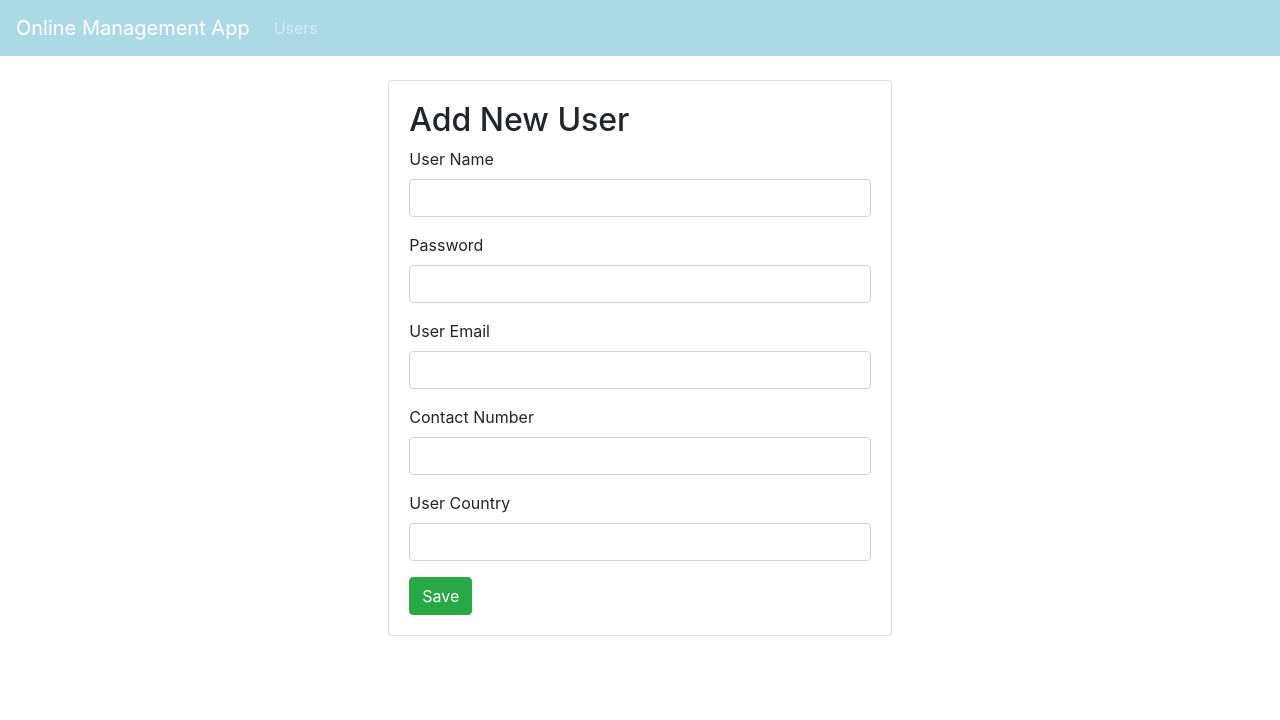
Repository: chamoddevinda0001/myfirstServelet
Page: http://localhost/OnlineEventManagementSystem/new
An editor plug-in stored every save of this project. The page is shown before and after the next save, followed by the edit.
The browser window is 1280 px wide. The pictures show the whole page.
The page is served by Tomcat 9.

Above is the page before, as saved 2020-10-15 15:25:10.

After the next save:
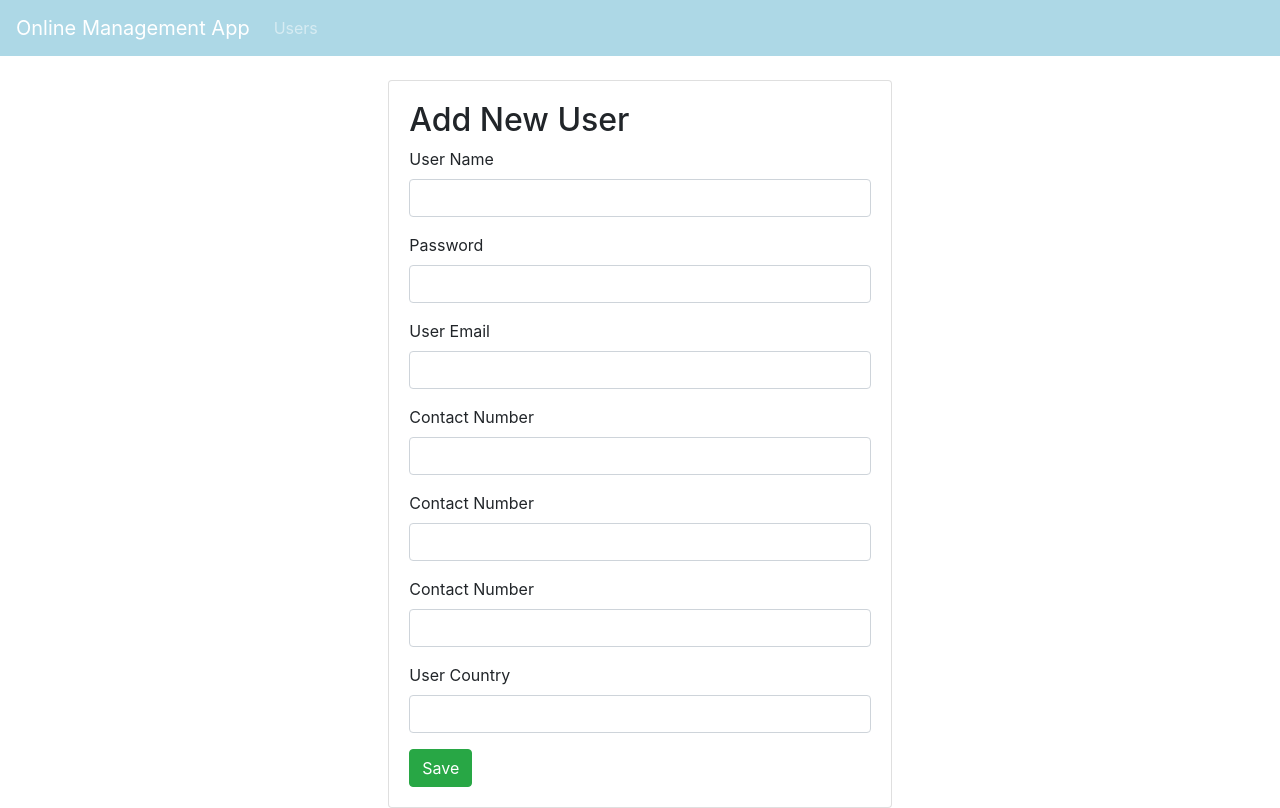
Saved 46 s later.
--- a/OnlineEventManagementSystem/WebContent/user-form.jsp
+++ b/OnlineEventManagementSystem/WebContent/user-form.jsp
@@ -77,6 +77,18 @@
 				</fieldset>
 
 				<fieldset class="form-group">
+					<label>Contact Number</label> <input type="number"
+						value="<c:out value='${user.contactno}' />" class="form-control"
+						name="contactno">
+				</fieldset>
+
+				<fieldset class="form-group">
+					<label>Contact Number</label> <input type="text"
+						value="<c:out value='${user.occupation}' />" class="form-control"
+						name="occupation">
+				</fieldset>
+
+				<fieldset class="form-group">
 					<label>User Country</label> <input type="text"
 						value="<c:out value='${user.country}' />" class="form-control"
 						name="country">
